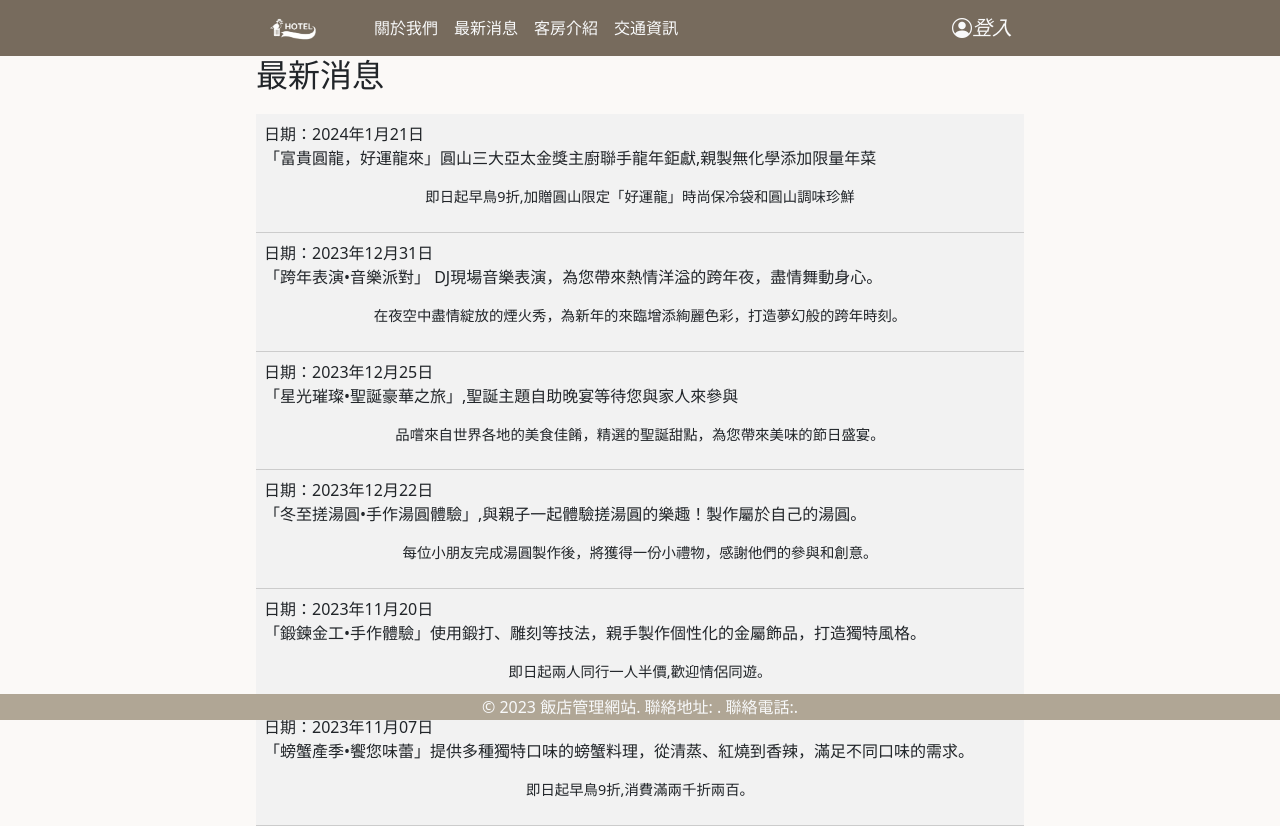
Repository: starcool0505/JavaProject-Hotel
Page: http://localhost/Hotel/page2.jsp
These files come from the project's save history. The page is drawn as it stood at one moment and after the next save; the edit follows.
The browser window is 1280 px wide. The pictures show the whole page.
The page is served by Tomcat 9. Nobody is signed in. The application's start-up code is not run.

Above is the page before, as saved 2023-12-21 04:08:20.

After the next save:
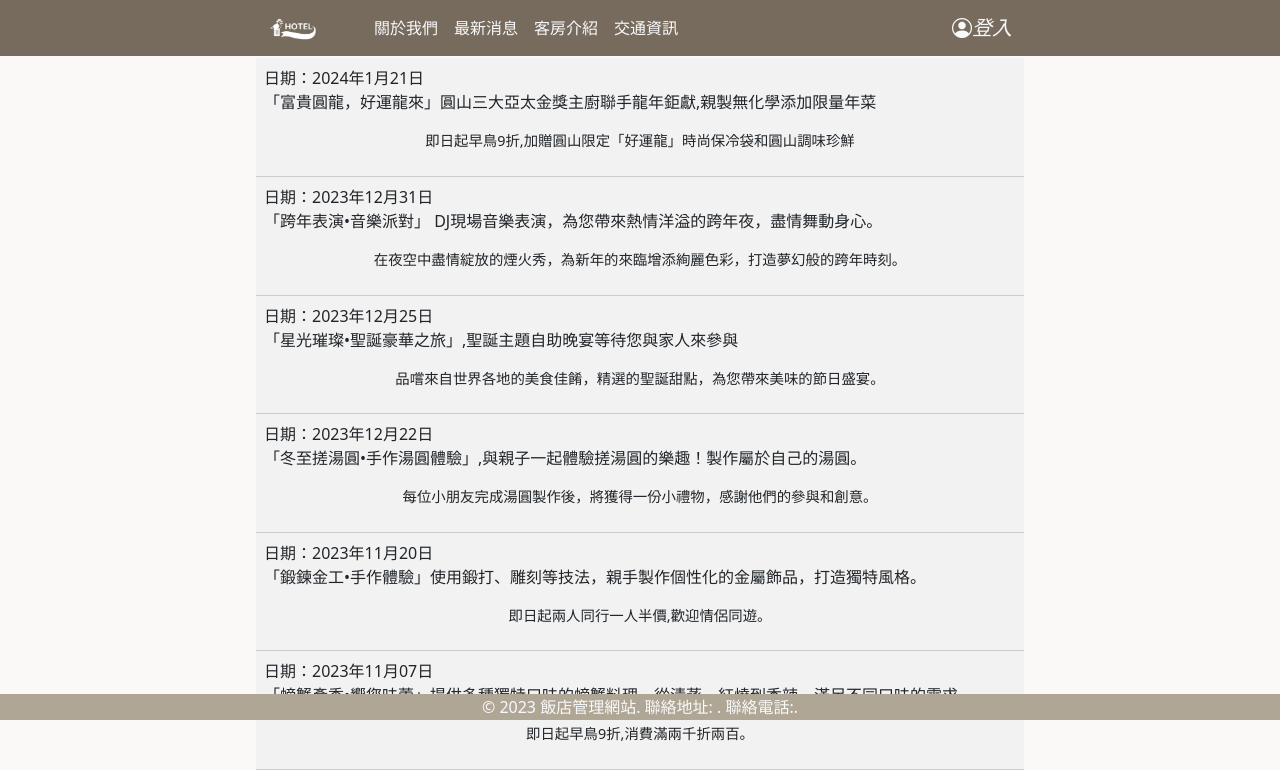
Saved 3 min 20 s later.
--- a/Hotel/src/main/webapp/WEB-INF/views/header.jsp
+++ b/Hotel/src/main/webapp/WEB-INF/views/header.jsp
@@ -23,7 +23,7 @@
 	</head>
 
 	<body>
-		<nav class="navbar navbar-expand-lg bg_main4 ">
+		<nav class="navbar navbar-expand-lg bg_main4 fixed-top">
 			<div class="container-fluid" style="margin: 0 20%">
 			<button class="navbar-brand text-light me-0" onclick="window.location.href='./index.jsp'" style="background: none; border: none; padding: 0; cursor: pointer;">
         <img src="images/logo7.jpg" alt="XX飯店圖片" class="logo-img">
